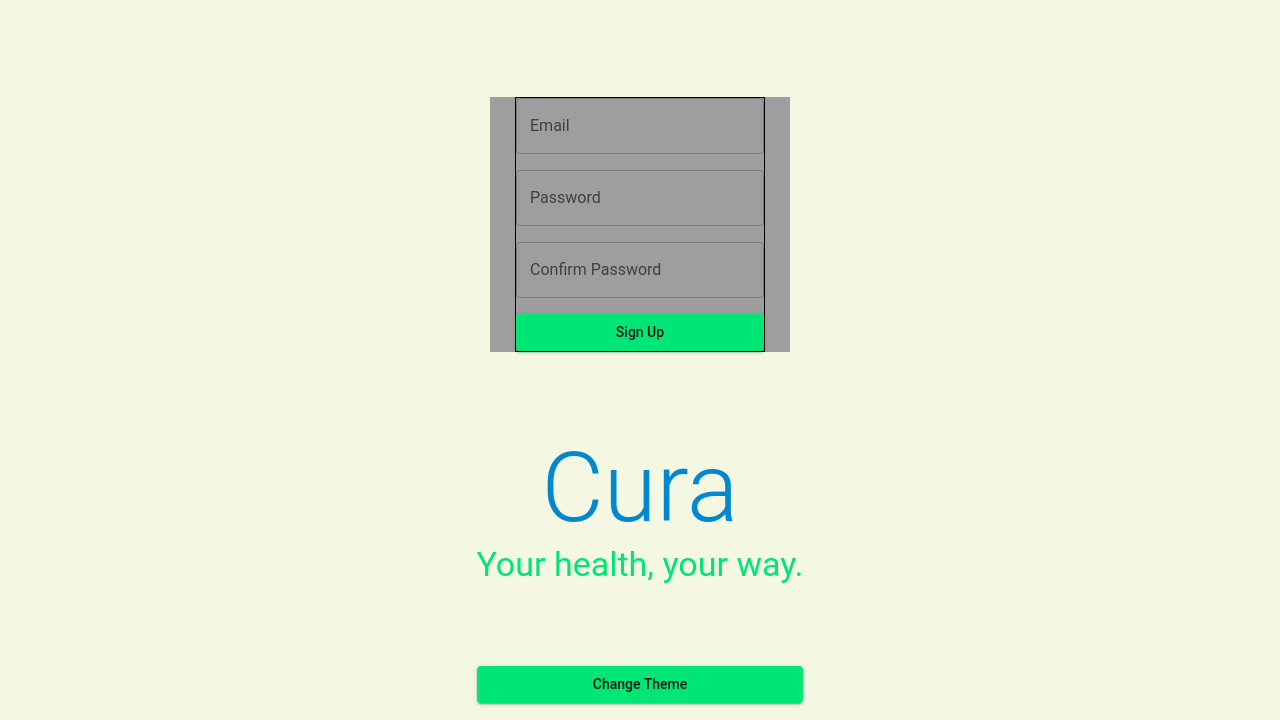
Repository: CryptoFamilyNFT/Cura
Page: / (app in cura/)
An editor plug-in stored every save of this project. The page is shown before and after the next save, followed by the edit.
The browser window is 1280 px wide. The pictures show the whole page.
Pictures or frames that could not be fetched are drawn as grey boxes. The project was rebuilt for these pictures with package versions that can differ from the ones it lists, and the page was loaded fresh each time. Also part of the build but not shown: cura/vite.config.js.

Above is the page before, as saved 2025-03-04 16:27:42.

### cura/src/main.jsx
import React from 'react'
import { createRoot } from 'react-dom/client'
import './index.css'
import App from './App.jsx'
import CuraThemeProvider from './theme/ThemeProvider.jsx';
import UserProvider from './helper/UserProvider.jsx';

const root = createRoot(document.getElementById('root'));

root.render(
  <UserProvider>
    <App />
  </UserProvider>
)

### cura/src/App.jsx
import { Hero } from './components/Hero/Hero';
import React, { useState } from 'react';
import CuraThemeProvider from './theme/ThemeProvider';
import { createAppTheme } from './theme/theme';
import { Box, Container } from '@mui/material';
import { SignUp } from './components/SignUp/SignUp';

function App() {
  const [currentTheme, setTheme] = useState(createAppTheme('light'));

  const handleThemeChange = () => {
    setTheme((prevTheme) =>
      createAppTheme(prevTheme.palette.mode === 'light' ? 'dark' : 'light')
    );

    console.log(currentTheme);
  }


  return (
    <CuraThemeProvider theme={currentTheme}>
      <Box sx={(theme) => ({
        background: theme.palette.mode === 'light' ? '#f4f7e1' : '#1e1e1e',
        height: '100vh',
        width: '100vw',
        display: 'flex',
        alignItems: 'center',
        justifyContent: 'center',
        flexDirection: 'column',
        gap: 10
      })}>
        <SignUp/>
        <Hero handleTheme={handleThemeChange} />
      </Box>
    </CuraThemeProvider>
  )
}

export default App;

### cura/src/theme/ThemeProvider.jsx
import { ThemeProvider } from "@mui/material";

export default function CuraThemeProvider({ children, theme }) {
    return (
        <ThemeProvider theme={theme}>
            {children}
        </ThemeProvider>
    );
}

### cura/src/helper/UserProvider.jsx
import React from "react";
import  UserContext  from "./UserContext";
import { UserHelper } from "./UserHelper";

const UserProvider = ({ children }) => {
    const [context, setContext] = React.useState({isLoad: true, reload: false, theme: 'light'});

    const saveContext = (context) => {
      setContext(context);
    };

    return <UserContext.Provider value={{context, saveContext}}>{children}</UserContext.Provider>;
  };

  export default UserProvider;

### cura/src/components/Hero/Hero.jsx
/* eslint-disable no-unused-vars */
import { Container, Typography, Box, Button } from "@mui/material";

export const Hero = ({ handleTheme }) => {
    return (

            <Box sx={{
                display: 'flex',
                flexDirection: 'column',
                justifyContent: 'center',
                g: 2
            }}>
                <Typography variant="h1" color="info" align="center">Cura</Typography>
                <Typography variant="h4" color="secondary" align="center">Your health, your way.</Typography>
                <Button sx={{mt: 10}} variant="contained" color="secondary" onClick={(e) => handleTheme(e)}>Change Theme</Button>
            </Box>
    );
}

### cura/src/theme/theme.jsx
/* eslint-disable no-undef */
/* eslint-disable no-unused-vars */
import { createTheme } from "@mui/material";
import { green, purple } from '@mui/material/colors';

const baseTheme = {
    palette: {
        primary: {
            main: purple[500],
            light: purple[300],
            dark: purple[700],
        },
        secondary: {
            main: green[500],
            light: green[300],
            dark: green[700],
        }
    },
    typography: {
        fontFamily: 'Roboto, sans-serif',
    },
    components: {
        MuiButton: {
            styleOverrides: {
                root: {
                    textTransform: 'none',
                },
            },
        },
    },
};

export const createAppTheme = (mode) => createTheme({
    ...baseTheme,
    palette: {
        ...baseTheme.palette,
        mode: mode,
        primary: mode === 'dark' ? green : purple,
        secondary: mode === 'dark' ? purple : green,
    },
});

### cura/src/components/SignUp/SignUp.jsx
import { Box, Button, FormControl, TextField } from "@mui/material"

export const SignUp = () => {
    return (
        <Box sx={{
            mt: 10,
            width: 300,
            backgroundImage: 'url(https://source.unsplash.com/random/800x600)',
            backgroundSize: 'cover',
            display: 'flex',
            justifyContent: 'center',
        }}>
            <div
            sx={{
                position: 'absolute',
                top: 0,
                left: 0,
                width: '100%',
                height: '100%',
                backgroundColor: 'rgba(252, 251, 251, 0.9)',
                zIndex: 1,
                backdropFilter: 'blur(5px)'
            }}>
                <FormControl sx={{
                    gap: 2,
                    border: '1px solid black',
                }}>
                    <TextField id="outlined-basic" label="Email" variant="outlined" />
                    <TextField id="outlined-basic" label="Password" variant="outlined" />
                    <TextField id="outlined-basic" label="Confirm Password" variant="outlined" />
                    <Button variant="contained" color="secondary">Sign Up</Button>
                </FormControl>
            </div>
        </Box>
    )
}

### cura/src/helper/UserHelper.jsx
/* eslint-disable no-unused-vars */

export class UserHelper {
    static user = {
        isConnected: false,
        data: null
    }

    static initUser(context) {
        // qui gestiamo l'inizializzazione dell'utente e salviamo i dati nel context
        const data = {
            name: 'Mario',
            surname: 'Rossi',
            email: 'mario@gmail.com'
        }
        context = { ...context, data: data };
    }
}

Loaded but not shown: cura/index.html (common file); cura/src/index.css (common file); cura/src/helper/UserContext.jsx (common file)

After the next save:
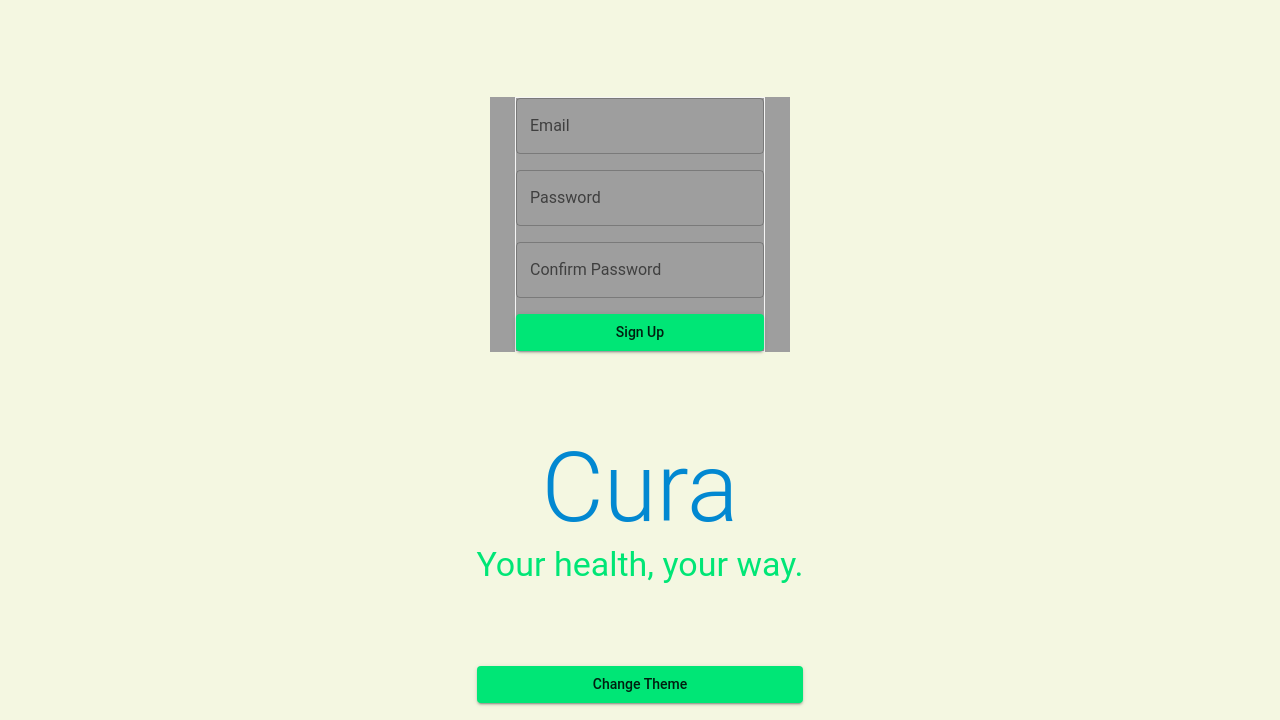
Saved 10 s later.
--- a/cura/src/components/SignUp/SignUp.jsx
+++ b/cura/src/components/SignUp/SignUp.jsx
@@ -23,7 +23,7 @@
             }}>
                 <FormControl sx={{
                     gap: 2,
-                    border: '1px solid black',
+                    border: '1px solid whitesmoke',
                 }}>
                     <TextField id="outlined-basic" label="Email" variant="outlined" />
                     <TextField id="outlined-basic" label="Password" variant="outlined" />
